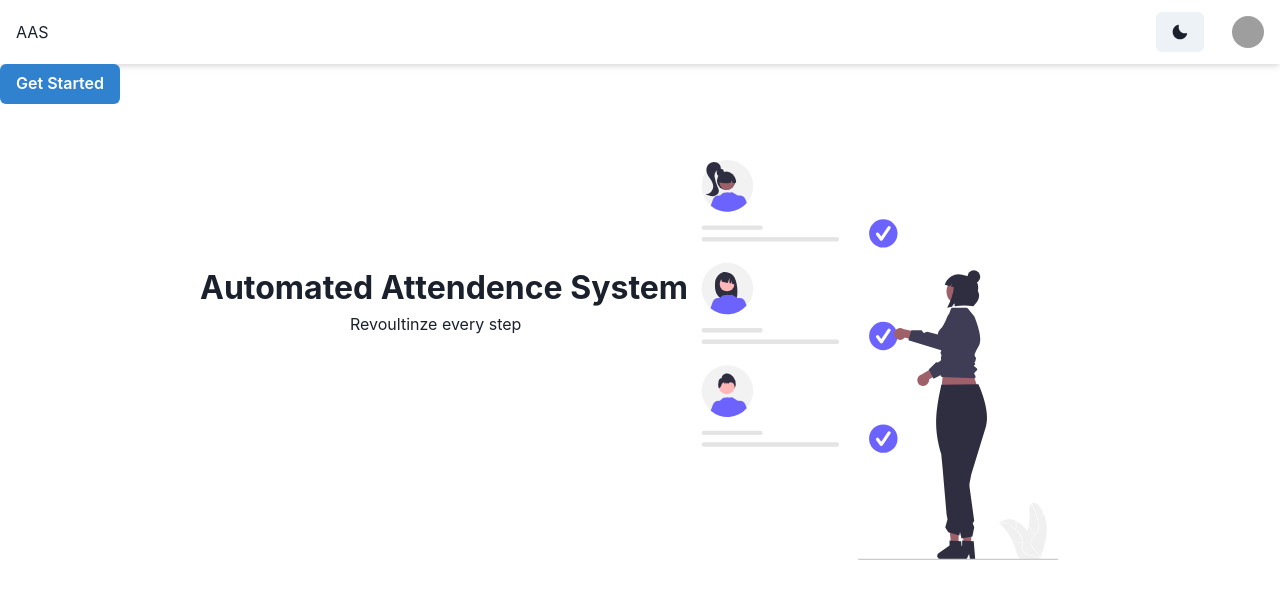
Repository: shash0708/attendence
Page: /
An editor plug-in stored every save of this project. The page is shown before and after a run of saves, followed by the edit.
The browser window is 1280 px wide. The pictures show the whole page.
Pictures or frames that could not be fetched are drawn as grey boxes. The project was rebuilt for these pictures with package versions that can differ from the ones it lists, and the page was loaded fresh each time. Also part of the build but not shown: src/App.css, src/components/Login/Login.component.jsx, src/routes/Home/Home.styles.scss, src/components/Signup/Signup.component.jsx, src/routes/Authentication/Authentication.component.jsx.

Above is the page before, as saved 2024-04-06 21:29:49.

After the next 2 saves:
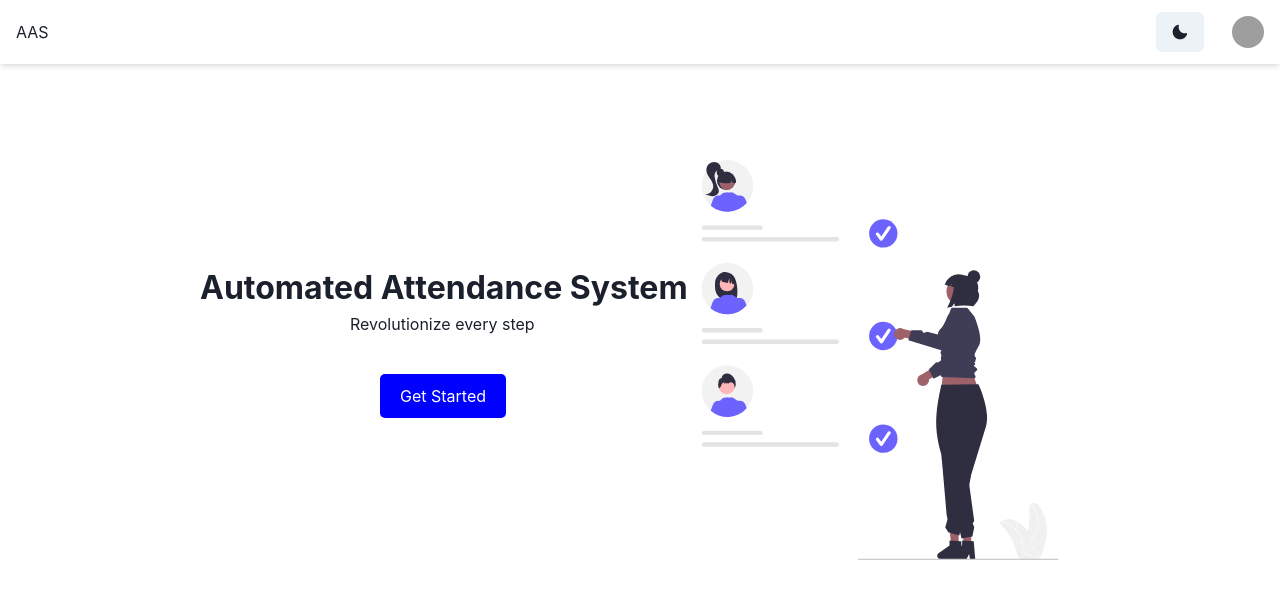
The 2 saves are shown as one change because 1 did not build or start.
The last was saved 2 min 18 s later.
--- a/src/components/homeProp/HomeProp.component.jsx
+++ b/src/components/homeProp/HomeProp.component.jsx
@@ -1,27 +1,25 @@
-import React, { Fragment,Link } from 'react'
-import { ReactComponent as HomeLogo } from '../../assests/home.svg'
-import ButtonProp from '../Button/Button.component'
+import React, { Fragment } from 'react';
+import { Link } from 'react-router-dom'; // Import Link from react-router-dom
+import { ReactComponent as HomeLogo } from '../../assests/home.svg';
+import ButtonProp from '../Button/Button.component';
 import Login from '../Login/Login.component';
 import './HomeProp.styles.scss';
-const HomeProp= () => {
+
+const HomeProp = () => {
   return (
-    <Fragment >
-
-<div className='text-container'>
-    <h1>Automated Attendence  System</h1>
-
-    </div>
-    <div className='revolutionze'>
-    <p>Revoultinze every step</p>
-    </div>
-    <div className='button-prop'>
-    <ButtonProp/>
-
-        </div>
-
+    <Fragment>
+      <div className='text-container'>
+        <h1>Automated Attendance System</h1>
+      </div>
+      <div className='revolutionze'>
+        <p>Revolutionize every step</p>
+      </div>
+      <div className='button-prop'>
+        <Link className='button' to='/login'>Get Started</Link> {/* Correct usage of Link */}
+      </div>
       <HomeLogo className='home-prop'/>
     </Fragment>
-  )
+  );
 }
 
 export default HomeProp;
